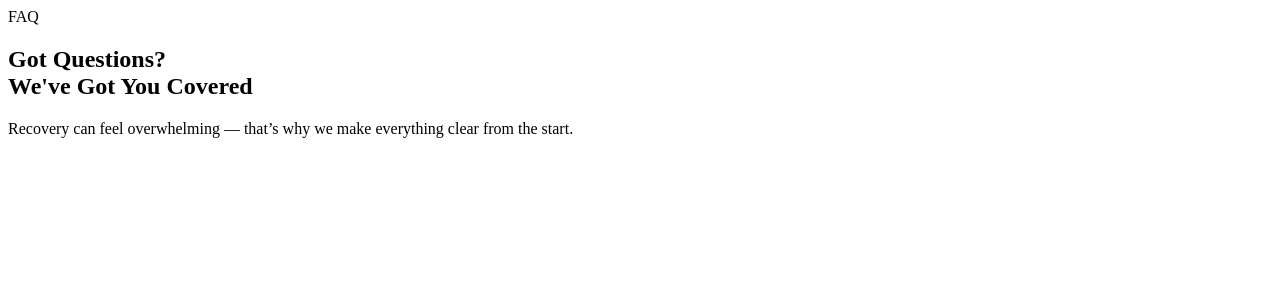
Repository: jekakoba/rd-outpatient-rehab
Page: src/html/components/faq/faq-big.html
These files come from the project's save history. The page is drawn as it stood at one moment and after the next save; the edit follows.
The browser window is 1280 px wide. The pictures show the whole page.

Above is the page before, as saved 2025-07-25 18:33:46.

After the next save:
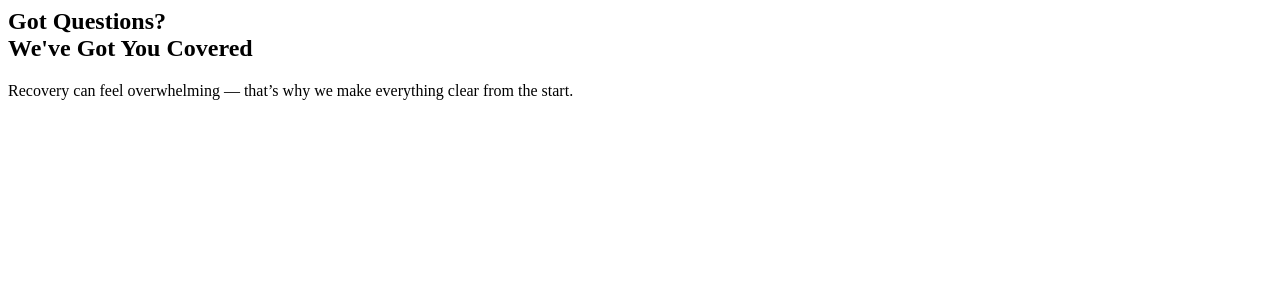
Saved 67 s later.
--- a/src/html/components/faq/faq-big.html
+++ b/src/html/components/faq/faq-big.html
@@ -5,9 +5,6 @@
 	<div id="faq" class="faq__container">
 		<div class="faq__body">
 			<div class="content content_center">
-				<div class="label-text">
-					<span>FAQ</span>
-				</div>
 				<h2 class="title title_big">Got Questions? <br> <span>We've Got You Covered</span></h2>
 				<p>Recovery can feel overwhelming — that’s why we make everything clear from the start.</p>
 			</div>
